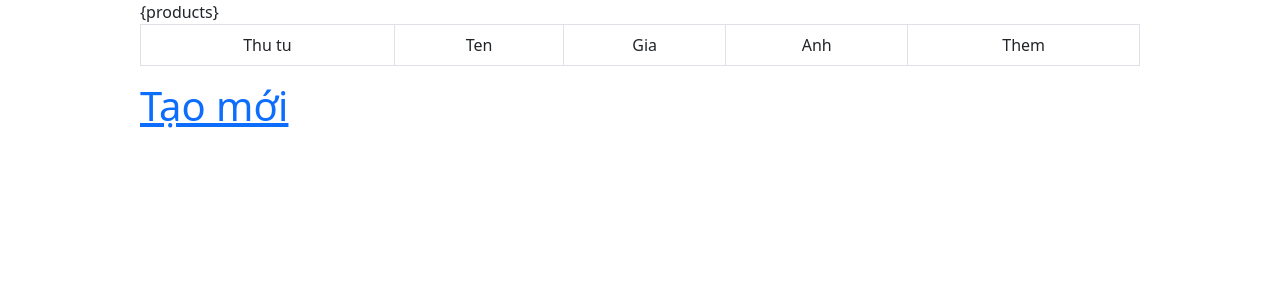
Repository: nguyenhung50497/MD3_demoDatabase1
Page: src/views/search.html
These files come from the project's save history. The page is drawn as it stood at one moment and after a run of saves; the edit follows.
The browser window is 1280 px wide. The pictures show the whole page.

Above is the page before, as saved 2022-12-28 11:37:41.

### src/views/search.html
<!doctype html>
<html lang="en">
  <head>
    <meta charset="utf-8">
    <meta name="viewport" content="width=device-width, initial-scale=1">
    <title>Home</title>
    <link href="https://cdn.jsdelivr.net/npm/bootstrap@5.2.3/dist/css/bootstrap.min.css" rel="stylesheet" integrity="sha384-rbsA2VBKQhggwzxH7pPCaAqO46MgnOM80zW1RWuH61DGLwZJEdK2Kadq2F9CUG65" crossorigin="anonymous">
  </head>
  <body>
    <div class="container" style="width: 80%;">
      <table class="table table-bordered" style="text-align: center;">
        <tr>
            <td>Thu tu</td>
            <td>Ten</td>
            <td>Gia</td>
            <td>Anh</td>
            <td colspan="2">Them</td>
        </tr>
        <tbody>
        {products}
        </tbody>
      </table>
      <h1><a href="/create">Tạo mới</a></h1>
    </div>
    <script src="https://cdn.jsdelivr.net/npm/bootstrap@5.2.3/dist/js/bootstrap.bundle.min.js" integrity="sha384-kenU1KFdBIe4zVF0s0G1M5b4hcpxyD9F7jL+jjXkk+Q2h455rYXK/7HAuoJl+0I4" crossorigin="anonymous"></script>
  </body>
</html>

After the next 2 saves:
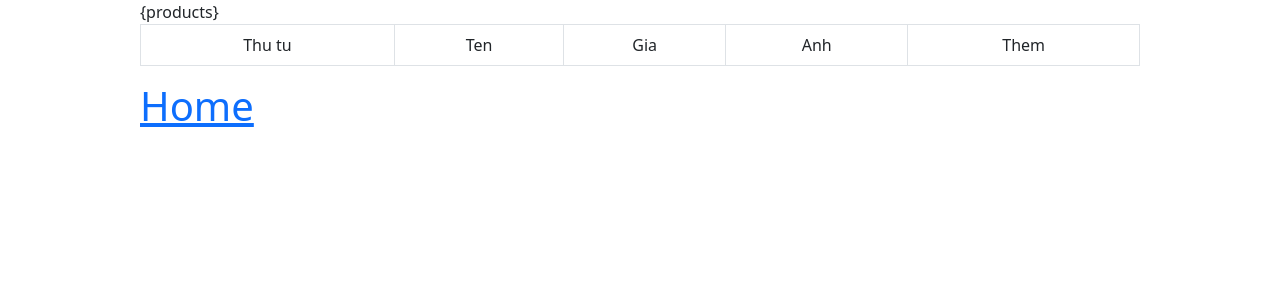
The 2 saves are shown as one change because they came seconds apart.
The last was saved 24 s later.
--- a/src/views/search.html
+++ b/src/views/search.html
@@ -20,7 +20,7 @@
         {products}
         </tbody>
       </table>
-      <h1><a href="/create">Tạo mới</a></h1>
+      <h1><a href="/home">Home</a></h1>
     </div>
     <script src="https://cdn.jsdelivr.net/npm/bootstrap@5.2.3/dist/js/bootstrap.bundle.min.js" integrity="sha384-kenU1KFdBIe4zVF0s0G1M5b4hcpxyD9F7jL+jjXkk+Q2h455rYXK/7HAuoJl+0I4" crossorigin="anonymous"></script>
   </body>
